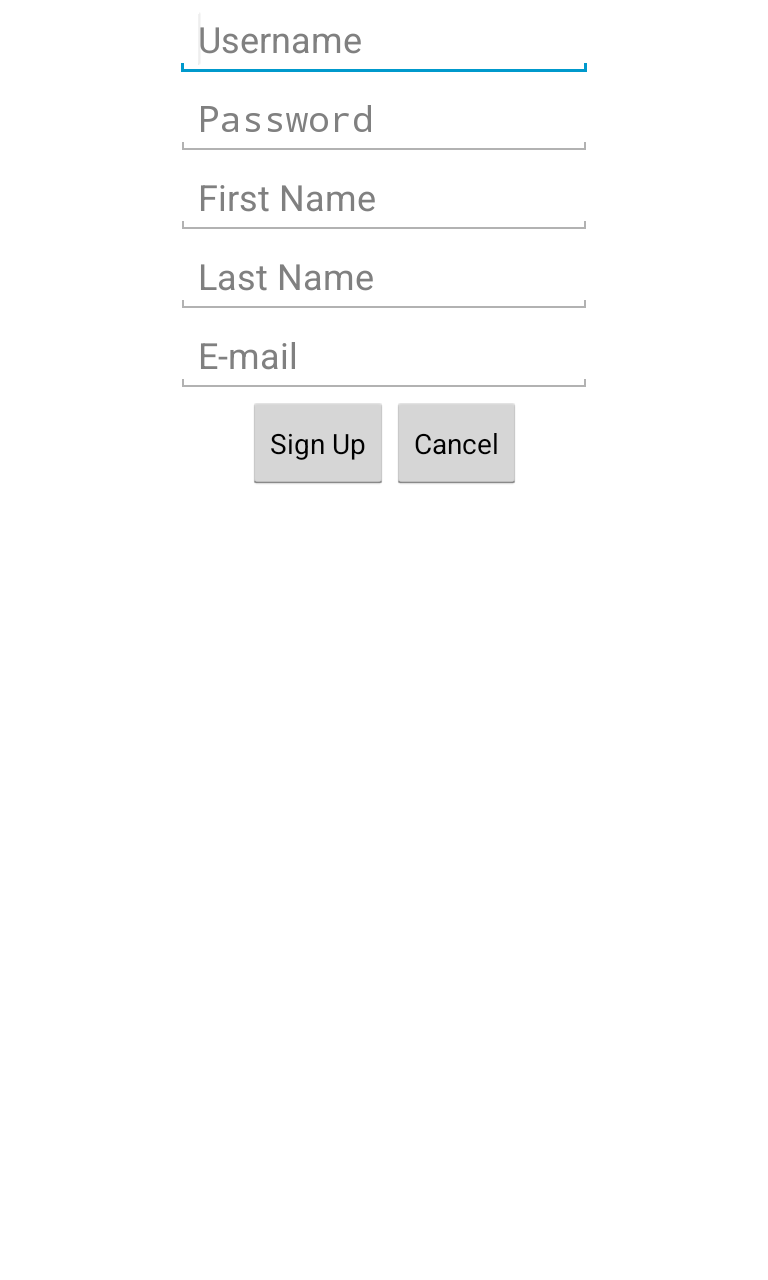
Repository: Dres90/TourngenWS
Layout: APP/Tourngen/res/layout/signup.xml
An editor plug-in stored every save of this project. The layout is shown before and after the next save, followed by the edit.
It is drawn on a 768 x 1280 px phone screen (xhdpi) without system bars, with theme AppTheme; the app's code is not run.

Above is the layout before, as saved 2014-04-11 19:51:53.

### APP/Tourngen/res/layout/signup.xml
<?xml version="1.0" encoding="utf-8"?>
<GridLayout xmlns:android="http://schemas.android.com/apk/res/android"
    android:layout_width="match_parent"
    android:layout_height="match_parent"
    android:layout_gravity="top|center_horizontal"
    android:columnCount="1" >

    <EditText
        android:id="@+id/editText1"
        android:layout_column="0"
        android:layout_gravity="center_horizontal|top"
        android:layout_row="0"
        android:ems="10"
        android:hint="@string/username" >

        <requestFocus />
    </EditText>

    <EditText
        android:id="@+id/editText2"
        android:layout_column="0"
        android:layout_gravity="center_horizontal|top"
        android:layout_row="1"
        android:ems="10"
        android:hint="@string/password"
        android:inputType="textPassword" />

    <EditText
        android:id="@+id/editText3"
        android:layout_column="0"
        android:layout_gravity="center_horizontal|top"
        android:layout_row="2"
        android:ems="10"
        android:hint="@string/first_name"
        android:inputType="textPersonName" />

    <EditText
        android:id="@+id/editText4"
        android:layout_column="0"
        android:layout_gravity="center_horizontal|top"
        android:layout_row="3"
        android:ems="10"
        android:hint="@string/last_name"
        android:inputType="textPersonName" />

    <EditText
        android:id="@+id/editText5"
        android:layout_column="0"
        android:layout_gravity="center_horizontal|top"
        android:layout_row="4"
        android:ems="10"
        android:hint="@string/e_mail"
        android:inputType="textEmailAddress" />

    <LinearLayout
        android:layout_column="0"
        android:layout_gravity="top|center_horizontal"
        android:layout_row="5" >

        <Button
            android:id="@+id/confirm_signup"
            style="?android:attr/buttonStyleSmall"
            android:layout_width="wrap_content"
            android:layout_height="wrap_content"
            android:text="@string/sign_up" />

        <Button
            android:id="@+id/cancel_signup"
            style="?android:attr/buttonStyleSmall"
            android:layout_width="wrap_content"
            android:layout_height="wrap_content"
            android:text="@android:string/cancel" />

    </LinearLayout>

</GridLayout>

### APP/Tourngen/res/values/strings.xml
<?xml version="1.0" encoding="utf-8"?>
<resources>

    <string name="app_name">Tourngen</string>
    <string name="hello_world">Hello world!</string>
    <string name="action_settings">Settings</string>
    <string name="log_in">Log in</string>
    <string name="sign_up">Sign Up</string>
    <string name="username">Username</string>
    <string name="password">Password</string>
    <string name="logout">Log Out</string>
    <string name="sync">Synchronize</string>
    <string name="first_name">First Name</string>
    <string name="last_name">Last Name</string>
    <string name="e_mail">E-mail</string>

</resources>

Loaded but not shown: APP/Tourngen/res/values/styles.xml (common file); APP/Tourngen/res/values-v11/styles.xml (common file); APP/Tourngen/res/values-v14/styles.xml (common file)

After the next save:
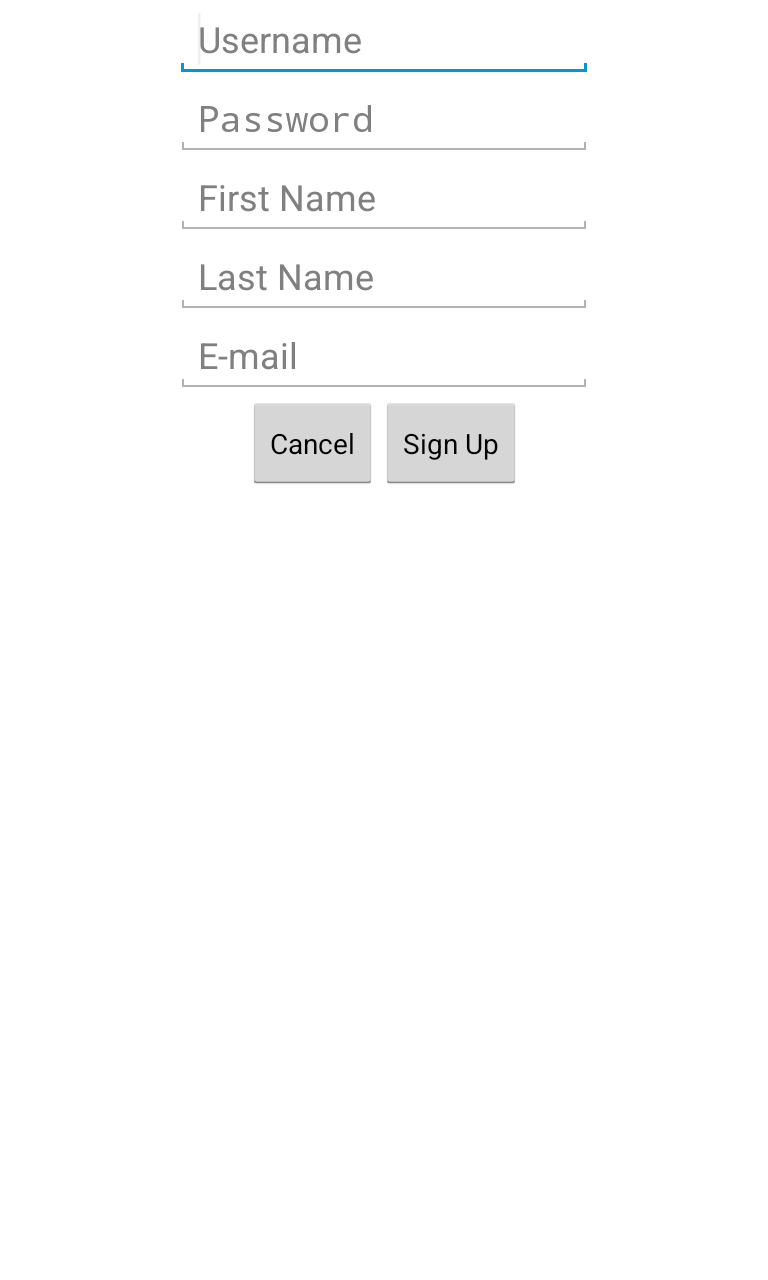
Saved 26 s later.
--- a/APP/Tourngen/res/layout/signup.xml
+++ b/APP/Tourngen/res/layout/signup.xml
@@ -58,19 +58,19 @@
         android:layout_row="5" >
 
         <Button
+            android:id="@+id/cancel_signup"
+            style="?android:attr/buttonStyleSmall"
+            android:layout_width="wrap_content"
+            android:layout_height="wrap_content"
+            android:text="@android:string/cancel" />
+
+        <Button
             android:id="@+id/confirm_signup"
             style="?android:attr/buttonStyleSmall"
             android:layout_width="wrap_content"
             android:layout_height="wrap_content"
             android:text="@string/sign_up" />
 
-        <Button
-            android:id="@+id/cancel_signup"
-            style="?android:attr/buttonStyleSmall"
-            android:layout_width="wrap_content"
-            android:layout_height="wrap_content"
-            android:text="@android:string/cancel" />
-
     </LinearLayout>
 
 </GridLayout>
